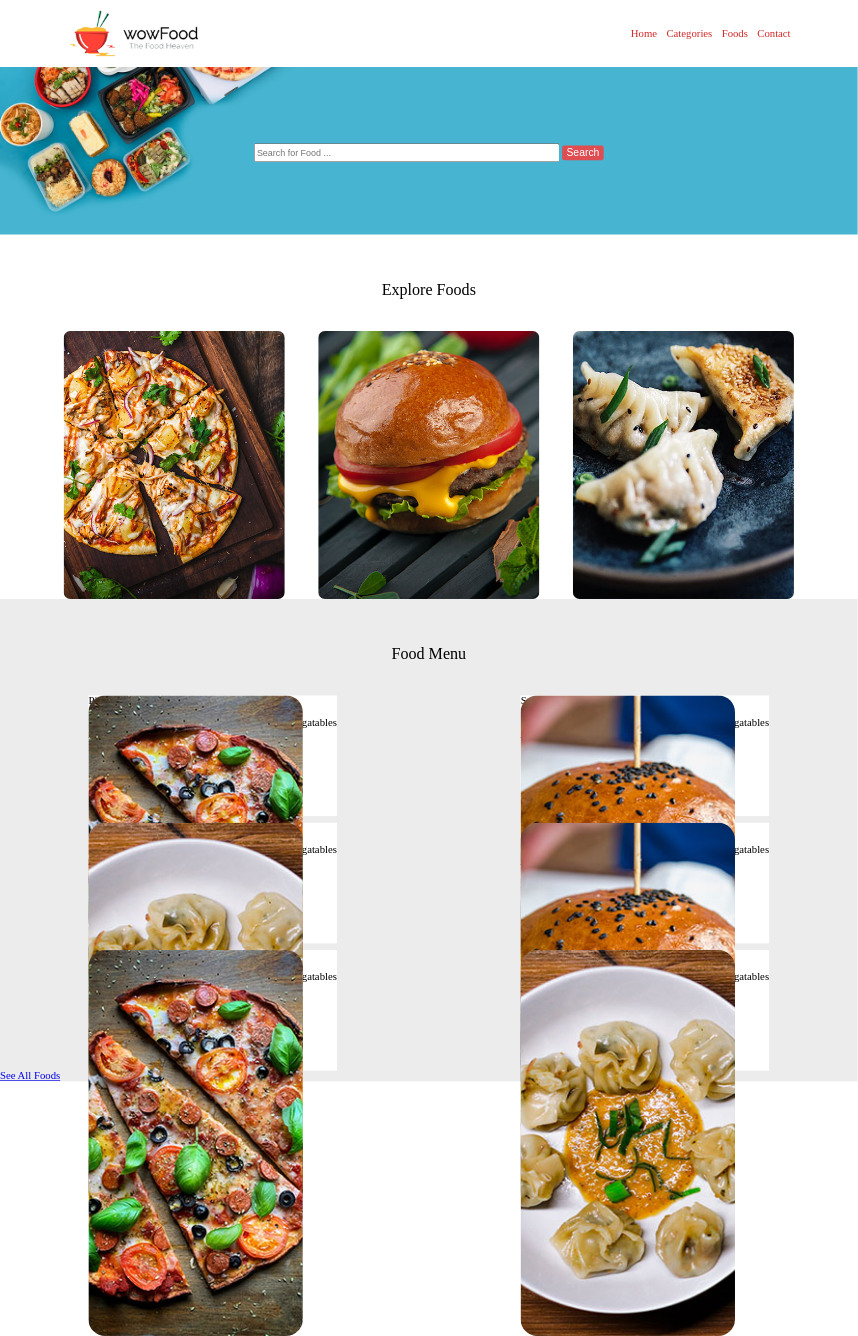
Repository: ruaruababa/WowFood
Page: index.html
These files come from the project's save history. The page is drawn as it stood at one moment and after a run of saves; the edit follows.
The browser window is 1280 px wide. The pictures show the whole page, at 67% of full size.

Above is the page before, as saved 2021-09-18 00:34:59.

### index.html
<!DOCTYPE html>
<html lang="en">

<head>
    <meta charset="UTF-8" />
    <meta http-equiv="X-UA-Compatible" content="IE=edge" />
    <meta name="viewport" content="width=device-width, initial-scale=1.0" />
    <title>Document</title>
    <link rel="stylesheet" href="./style.css" />
    <link rel="stylesheet" href="./reset.css" />
</head>

<body>
    <header>
        <div class="container-header">
            <div class="header-left">
                <img src="./img/logo.png" alt="" />
            </div>
            <div class="header-right">
                <ul class="nav">
                    <li class="item"><a href="">Home</a></li>
                    <li class="item"><a href="">Categories</a></li>
                    <li class="item"><a href="">Foods</a></li>
                    <li class="item"><a href="">Contact</a></li>
                </ul>
            </div>
        </div>
    </header>
    <nav>
        <div class="container-nav">
            <div class="background-search">
                <img src="./img/bg.jpg" alt="bgr-search" />
            </div>
            <div class="form">
                <input type="text" placeholder="Search for Food ..." class="input-search" />
                <input type="button" value="Search" class="btn-search" />
            </div>
        </div>
    </nav>
    <section>
        <div class="container-section">
            <div class="explore-food">Explore Foods</div>
            <div class="collection-food">
                <ul class="list-food">
                    <li class="item"><img src="./img/pizza.jpg" alt="" /></li>
                    <li class="item"><img src="./img/burger.jpg" alt="" /></li>
                    <li class="item"><img src="./img/momo.jpg" alt="" /></li>
                </ul>
            </div>
        </div>
    </section>
    <article>
        <div class="container-article">
            <div class="title-food-menu">Food Menu</div>
            <div class="container-menu">
                <div class="container-item">
                    <img src="./img/menu-pizza.jpg" alt="" class="bgr-item">
                    <div class="item-content">
                        <h6 class="title-item">Pizza</h6>
                        <span class="price-item">$2.3</span>
                        <p class="des-item">Made with Italia Sauce, Chicken, and organice vegatables</p>
                        <a href="" class="oder-item">Order now</a>
                    </div>
                </div>
                <div class="container-item">
                    <img src="./img/menu-burger.jpg" alt="" class="bgr-item">
                    <div class="item-content">
                        <h6 class="title-item">Smoky Burger</h6>
                        <span class="price-item">$2.3</span>
                        <p class="des-item">Made with Italia Sauce, Chicken, and organice vegatables</p>
                        <a href="" class="oder-item">Order now</a>
                    </div>
                </div>
                <div class="container-item">
                    <img src="./img/menu-momo.jpg" alt="" class="bgr-item">
                    <div class="item-content">
                        <h6 class="title-item">Food title</h6>
                        <span class="price-item">$2.5</span>
                        <p class="des-item">Made with Italia Sauce, Chicken, and organice vegatables</p>
                        <a href="" class="oder-item">Order now</a>
                    </div>
                </div>
                <div class="container-item">
                    <img src="./img/menu-burger.jpg" alt="" class="bgr-item">
                    <div class="item-content">
                        <h6 class="title-item">Nice Burger</h6>
                        <span class="price-item">$2.5</span>
                        <p class="des-item">Made with Italia Sauce, Chicken, and organice vegatables</p>
                        <a href="" class="oder-item">Order now</a>
                    </div>
                </div>
                <div class="container-item">
                    <img src="./img/menu-pizza.jpg" alt="" class="bgr-item">
                    <div class="item-content">
                        <h6 class="title-item">Pizza Canada</h6>
                        <span class="price-item">$2.5</span>
                        <p class="des-item">Made with Italia Sauce, Chicken, and organice vegatables</p>
                        <a href="" class="oder-item">Order now</a>
                    </div>
                </div>
                <div class="container-item">
                    <img src="./img/menu-momo.jpg" alt="" class="bgr-item">
                    <div class="item-content">
                        <h6 class="title-item">Chicken Steam Momo</h6>
                        <span class="price-item">$3.5</span>
                        <p class="des-item">Made with Italia Sauce, Chicken, and organice vegatables</p>
                        <a href="" class="oder-item">Order now</a>
                    </div>
                </div>
            </div>
            <div class="footer-food-menu">
                <a href="#" class="see-all-foods">See All Foods</a>
            </div>
        </div>
    </article>
</body>

</html>

### style.css
.container-header {
    display: flex;
    justify-content: space-between;
    align-items: center;
    margin-top: 15px;
}

.header-left {
    display: flex;
    margin-left: 100px;
}

.header-left img {}

.name-brand {
    margin-top: 50%;
}

.header-right {
    margin-right: 100px;
}

.nav {
    list-style: none;
}

.nav li {
    display: inline;
    padding-left: 10px;
}

.nav li a {
    text-decoration: none;
    color: rgb(211, 38, 38);
}

nav {
    position: relative;
    max-width: 100%;
    max-height: 100%;
    height: 250px;
}

.container-nav {
    text-align: center;
    margin-top: 15px;
}

.background-search {
    height: 250px;
}

.background-search img {
    height: inherit;
    width: 100%;
    object-fit: cover;
}

.form {
    width: 100%;
    position: absolute;
    top: 50%;
    left: 50%;
    transform: translate(-50%, -50%);
    height: 22px;
}

.input-search {
    width: 35%;
    height: inherit;
}

.btn-search {
    background-color: rgba(250, 59, 59, 0.849);
    border: none;
    border-radius: 3px;
    font-size: 15.5px;
    color: white;
    height: inherit;
}

section {
    position: relative;
}

.explore-food {
    padding-top: 70px;
    text-align: center;
    font-size: 24px;
}

.list-food {
    margin-top: 50px;
    display: flex;
    justify-content: center;
    column-gap: 50px;
}

.list-food li {
    width: 330px;
    height: 400px;
}

.list-food li img {
    width: 100%;
    height: 100%;
    object-fit: cover;
    border-radius: 10px;
}

article{
    background-color: #ececec;
}

.title-food-menu {
    padding-top: 70px;
    font-size: 24px;
    text-align: center;
}

.container-menu {
    padding-top: 50px;
    display: grid;
    grid-gap: 10px;
    grid-template-columns: repeat(auto-fit, minmax(550px, 1fr));
    grid-auto-rows: 180px;
    justify-items: center;
}
.container-item{
    background-color: #ffffff;
}
.container-item img{
    width: 25%;
    height: 80%;
    object-fit: cover;
    border-radius: 25px;
    line-height: 144px;
    position: absolute;
}

.item-content{
    display: inline-block;
}

Loaded but not shown: reset.css (common file)

After the next 4 saves:
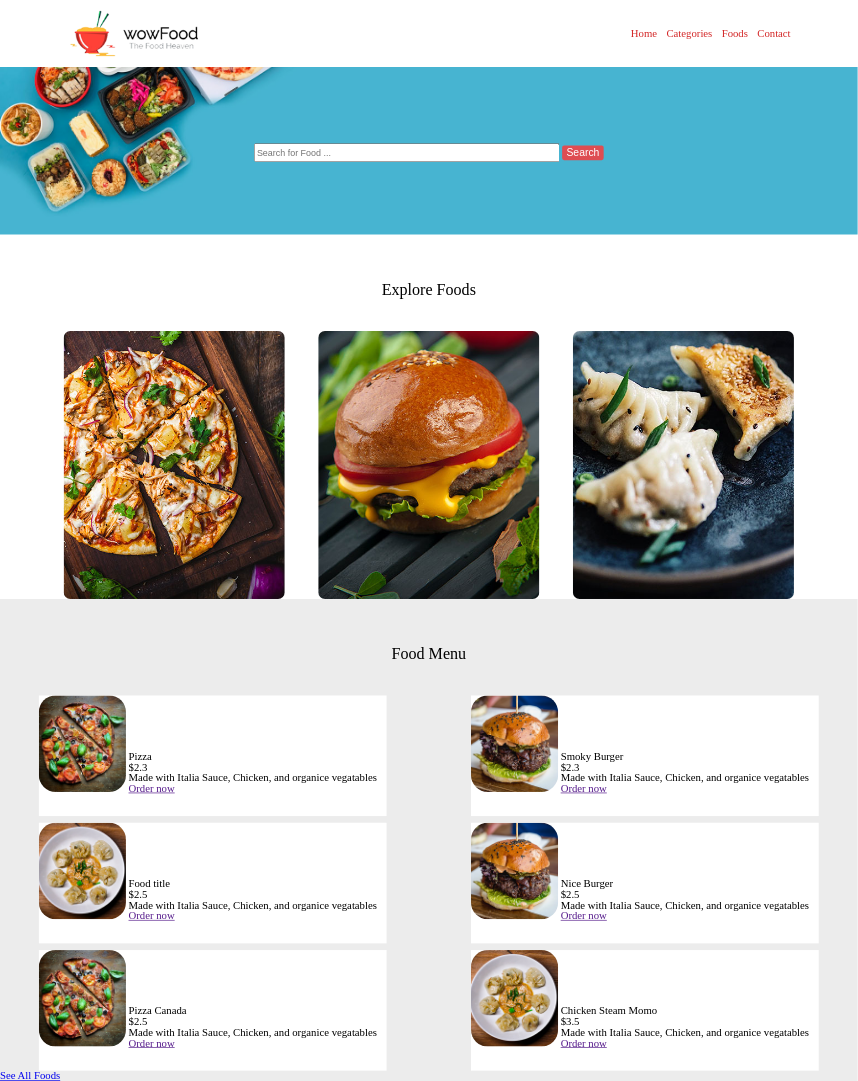
The 4 saves are shown as one change because they came seconds apart.
The last was saved 11 s later.
--- a/style.css
+++ b/style.css
@@ -134,8 +134,7 @@ article{
     height: 80%;
     object-fit: cover;
     border-radius: 25px;
-    line-height: 144px;
-    position: absolute;
+    position: relative;
 }
 
 .item-content{
